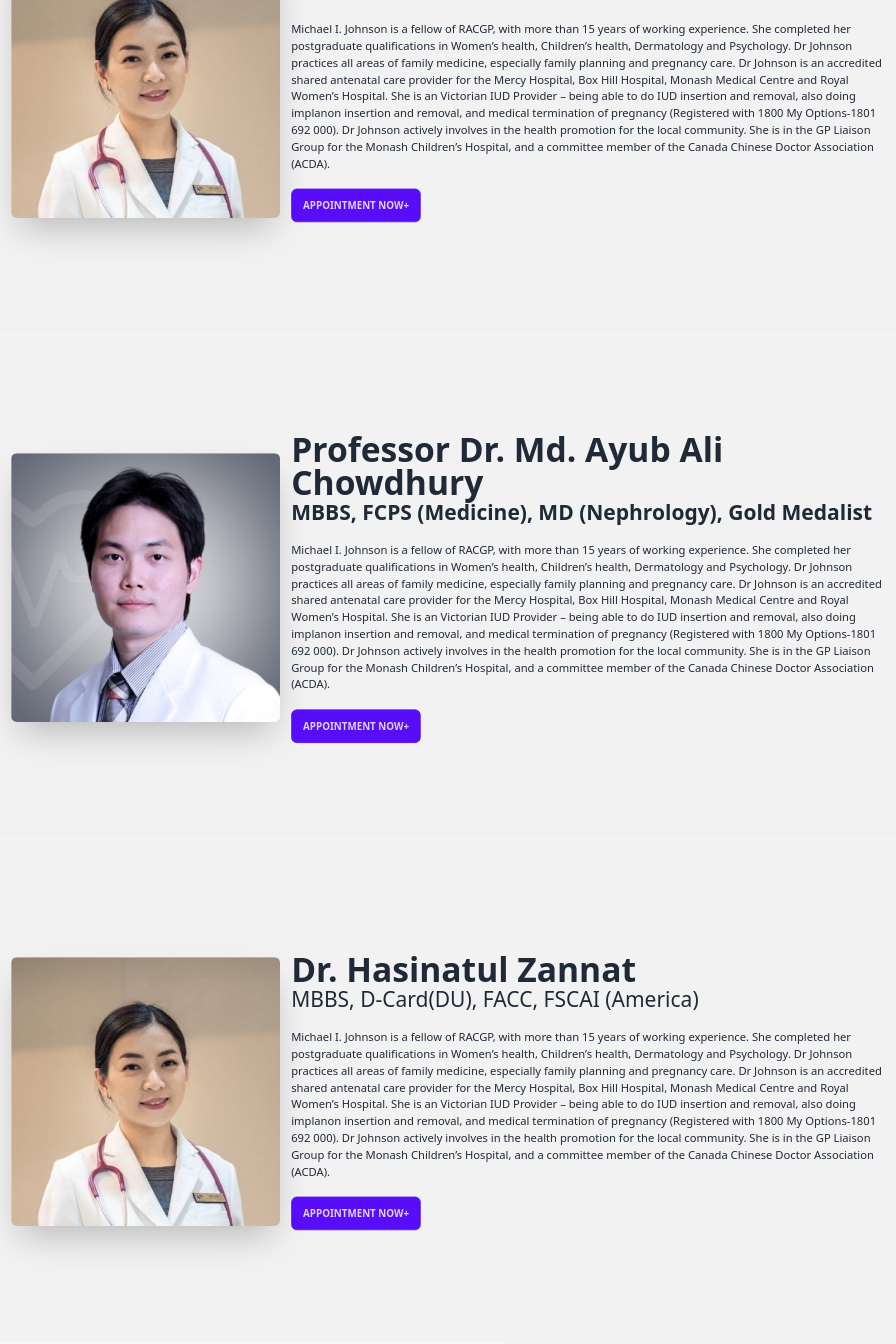
Repository: salmaakter11/Medical-Health
Page: /
The author's editor kept a copy of each file at every save. The page is drawn from the files as they stood at one save, then again after the next save.
The browser window is 1280 px wide. The pictures show the part of the page from y = 1168 to 3088 px (the page is 3088 px tall), at 70% of full size.
The project was rebuilt for these pictures with package versions that can differ from the ones it lists, and the page was loaded fresh each time. Also part of the build but not shown: vite.config.js.

Above is the page before, as saved 2023-07-10 21:50:27.

After the next save:
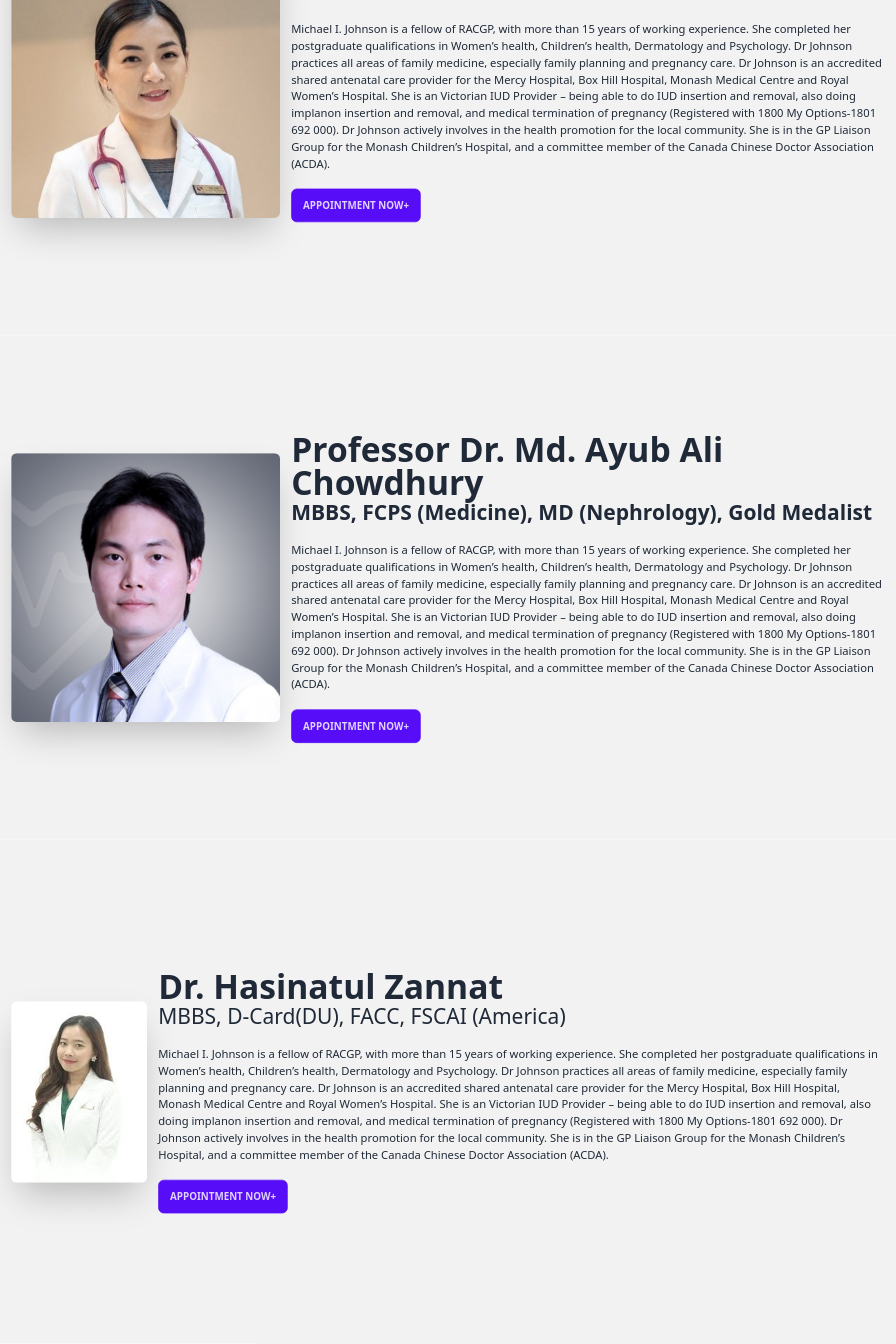
Saved 23 s later.
--- a/src/component/Doctor's/Doctor.jsx
+++ b/src/component/Doctor's/Doctor.jsx
@@ -1,5 +1,6 @@
 import doc1 from "../../img/doc1.jpg"
 import doc2 from "../../img/doc2.jpg"
+import doc3 from "../../img/doc3.jpg"
 import React from 'react';
 
 const Doctor = () => {
@@ -41,7 +42,7 @@
 
 <div className="hero min-h-screen bg-base-200">
   <div className="hero-content flex-col lg:flex-row">
-    <img src={doc1} className="max-w-sm rounded-lg shadow-2xl" />
+    <img src={doc3} className="max-w-sm rounded-lg shadow-2xl" />
     <div>
       <h1 className="text-5xl font-bold">Dr. Hasinatul Zannat</h1>
       <h6 className="text-3xl">MBBS, D-Card(DU), FACC, FSCAI (America)</h6>
